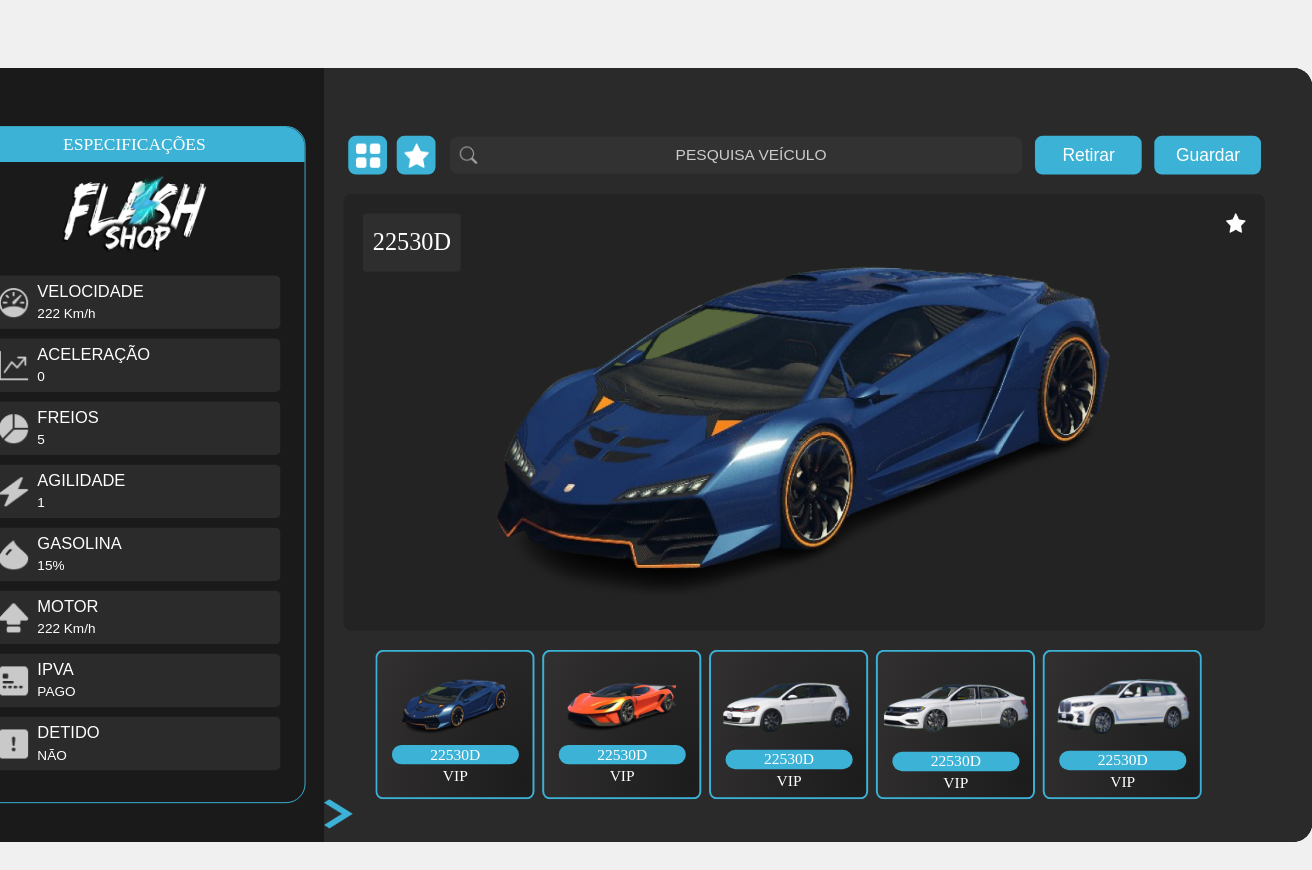
Repository: DuMCorrea/Garagem
Page: index.html
An editor plug-in stored every save of this project. The page is shown before and after the next save, followed by the edit.
The browser window is 1280 px wide. The page is 1353 px wide, so the pictures cover 1353 px, including what lies to the right of the window. The pictures show the whole page, at 97% of full size.
Some web fonts or font styles are not loaded; a fallback is used.

Above is the page before, as saved 2024-08-22 20:01:13.

### index.html
<!DOCTYPE html>
<html lang="pt-BR">
<head>
    <meta charset="UTF-8">
    <meta name="viewport" content="width=device-width, initial-scale=1.0">
    <link href="https://fonts.googleapis.com/css2?family=Baloo+Bhai&display=swap" rel="stylesheet">
    <title>Div Principal</title>
    <link rel="stylesheet" href="styles.css">
</head>
<body>
    <div class="div-principal">
        <div class="div-esquerda">
            <div class="retangulo-informacoes-3 duplicadoo">
                <img src="assets/FlashStore 2.png" alt="Imagem Mecânico" class="imagem-mecanico">
                <div class="titulo-retangulo">ESPECIFICAÇÕES</div>
                <div class="saldo-conteudo">
                    <div class="saldo-item">
                        <img src="assets/Velo.png" alt="Imagem de Carteira" class="saldo-imagem">
                        <div class="saldo-texto">
                            <p class="saldo-titulo">VELOCIDADE</p>
                            <p class="saldo-valor">222 Km/h</p>
                        </div>
                    </div>
                    <div class="saldo-item">
                        <img src="assets/Ace.png" alt="Imagem de Carteira" class="saldo-imagem">
                        <div class="saldo-texto">
                            <p class="saldo-titulo">ACELERAÇÃO</p>
                            <p class="saldo-valor">0</p>
                        </div>
                    </div>
                    <div class="saldo-item">
                        <img src="assets/Freios.png" alt="Imagem de Carteira" class="saldo-imagem">
                        <div class="saldo-texto">
                            <p class="saldo-titulo">FREIOS</p>
                            <p class="saldo-valor">5</p>
                        </div>
                    </div>
                    <div class="saldo-item">
                        <img src="assets/Agi.png" alt="Imagem de Carteira" class="saldo-imagem">
                        <div class="saldo-texto">
                            <p class="saldo-titulo">AGILIDADE</p>
                            <p class="saldo-valor">1</p>
                        </div>
                    </div>
                    <div class="saldo-item">
                        <img src="assets/Gaso.png" alt="Imagem de Carteira" class="saldo-imagem">
                        <div class="saldo-texto">
                            <p class="saldo-titulo">GASOLINA</p>
                            <p class="saldo-valor">15%</p>
                        </div>
                    </div>
                    <div class="saldo-item">
                        <img src="assets/Motor.png" alt="Imagem de Carteira" class="saldo-imagem">
                        <div class="saldo-texto">
                            <p class="saldo-titulo">MOTOR</p>
                            <p class="saldo-valor">222 Km/h</p>
                        </div>
                    </div>
                    <div class="saldo-item">
                        <img src="assets/Ipva.png" alt="Imagem de Carteira" class="saldo-imagem">
                        <div class="saldo-texto">
                            <p class="saldo-titulo">IPVA</p>
                            <p class="saldo-valor">PAGO</p>
                        </div>
                    </div>
                    <div class="saldo-item">
                        <img src="assets/Detido.png" alt="Imagem de Carteira" class="saldo-imagem">
                        <div class="saldo-texto">
                            <p class="saldo-titulo">DETIDO</p>
                            <p class="saldo-valor">NÃO</p>
                        </div>
                    </div>

                </div>
            </div>
        </div>


        <div class="div-direita">
            <div class="retangulo-fundo">
                <!-- Adicionando os quadrados e o input de pesquisa ao fundo -->
                <div class="container-quadrados">
                    <button class="botao-quadrado-azul">
                        <img src="assets/4Quadrados.png" alt="Ícone 1" class="pequena-imagem">
                    </button>
                    <button class="botao-quadrado-azul">
                        <img src="assets/estrela.png" alt="Ícone 2" class="pequena-imagem">
                    </button>
                    <div class="input-container">
                        <input type="text" class="input-pesquisa" placeholder="PESQUISA VEÍCULO">
                        <button class="botao-icone-pesquisa">
                            <img src="assets/lupa (2).png" alt="Ícone Pesquisa" class="icone-pesquisa">
                        </button>
                        <!-- Novos retângulos ao lado do input -->
                        <button class="botao-retangulo-azul">Retirar</button>
                        <button class="botao-retangulo-azul">Guardar</button>
                    </div>
                </div>

                <div class="codigo-overlay">22530D</div>
                <img src="assets/CarroMaior.png" alt="Imagem Central" class="imagem-central">
                <img src="assets/Estrela.png" alt="Ícone Superior Direito" class="imagem-direita">
            </div>

            <!-- Nova seção para os cards com fundo retangular azul claro -->
            <div class="fundo-cards">
                <img src="assets/menorMaior.png" alt="Seta Esquerda" class="seta-esquerda">
                <div class="cards-container">
                    <div class="card">
                        <img src="assets/carro1.png" alt="Card 1" class="card-image">
                        <div class="card-content">
                            <div class="card-code">22530D</div>
                            <div class="card-vip">VIP</div>
                        </div>
                    </div>
                    <div class="card">
                        <img src="assets/carro2.png" alt="Card 2" class="card-image">
                        <div class="card-content">
                            <div class="card-code">22530D</div>
                            <div class="card-vip">VIP</div>
                        </div>
                    </div>
                    <div class="card">
                        <img src="assets/carro3.png" alt="Card 3" class="card-image2">
                        <div class="card-content">
                            <div class="card-code">22530D</div>
                            <div class="card-vip">VIP</div>
                        </div>
                    </div>
                    <div class="card">
                        <img src="assets/carro4.png" alt="Card 4" class="card-image3">
                        <div class="card-content">
                            <div class="card-code">22530D</div>
                            <div class="card-vip">VIP</div>
                        </div>
                    </div>
                    <div class="card">
                        <img src="assets/carro5.png" alt="Card 5" class="card-image4">
                        <div class="card-content">
                            <div class="card-code">22530D</div>
                            <div class="card-vip">VIP</div>
                        </div>
                    </div>
                </div>
            </div>
            <img src="assets/maiorMenor.png" alt="Seta Direita" class="seta-direita">
        </div>







    </div>
</body>
</html>

### styles.css
body {
    display: flex;
    flex-direction: column;
    align-items: center;
    margin: 0;
    background-color: #f0f0f0;
    font-family: 'Baloo Bhai';
    overflow-y: auto;
    margin-top: 70px;
}

.div-principal {
    position: relative;
    display: flex;
    width: 1425px;
    height: 798px;
    border-radius: 20px;
    background-color: #010101;
    margin-bottom: 20px;
}

.div-esquerda {
    width: 27%; /* Ocupa 30% da largura da div-principal */
    background-color: #1A1A1A; /* Cor de fundo diferente para destaque */
    border-radius: 20px 0px 0px 20px; /* Canto arredondado na esquerda */
    padding: 20px;
}

.div-direita {
    width: 72%; /* Ocupa 70% da largura da div-principal */
    background-color: #2A2A2A; /* Cor de fundo diferente para destaque */
    border-radius: 0px 20px 20px 0px; /* Canto arredondado na direita */
    padding: 20px;
}

.retangulo-informacoes-3 {
    width: 320px;
    height: 232px;
    position: absolute;
    top: 580px;
    left: 462px;
    border-radius: 20px;
    border: 1px solid #3CB3D6;
    background-color: rgba(0, 0, 0, 0); /* Ajuste da opacidade de fundo */
    opacity: 1; /* Visibilidade ativada */
}
.duplicadoo {
    width: 350px;
    height: 696px;
    position: absolute;
    top: 60px;
    left: 35px;
    border-radius: 20px;
    border: 1px solid #3CB3D6;
    background-color: rgba(0, 0, 0, 0); /* Ajuste da opacidade de fundo */
    opacity: 1; /* Visibilidade ativada */
}

.titulo-retangulo {
    width: 100%; /* Ajusta a largura ao do retângulo */
    height: 36px;
    background: #3CB3D6; /* Cor de fundo */
    border-radius: 20px 20px 0 0; /* Arredonda apenas os cantos superiores */
    color: white; /* Cor do texto */
    font-size: 18px; /* Tamanho do texto */
    line-height: 36px; /* Centraliza verticalmente o texto */
    text-align: center; /* Centraliza horizontalmente o texto */
    position: absolute;
    top: 0; /* Alinha o título ao topo do retângulo */
    left: 0; /* Alinha o título à esquerda do retângulo */
}

.status-rectangle {
    width: 300px;
    height: 35px;
    position: absolute;
    top: 130px;
    left: 16px;
    display: flex;
    align-items: center;
    justify-content: space-between; /* Ajuste para espaçar os textos */
    padding: 0 10px; /* Adicione um pequeno padding para afastar o texto das bordas */
    border-radius: 5px;
    opacity: 1; /* Tornar o retângulo visível */
    background: #37373796;
  }
  .status-text {
    font-size: 14px;
    color: #fff;
    font-family: 'Baloo Bhai', sans-serif;
  }

  .imagem-mecanico {
    display: block;
    margin: 0 auto; /* Centraliza a imagem horizontalmente */
    width: 50%; /* Ajuste a largura da imagem conforme necessário */
    height: 25%; /* Ajuste a altura da imagem conforme necessário */
    position: absolute;
    top: 0px; /* Ajuste a posição vertical da imagem */
    left: 50%;
    transform: translateX(-50%); /* Centraliza a imagem em relação ao retângulo */
}








.saldo-imagem {
    width: 30px;
    height: 30px;
    margin-right: 10px; /* Espaçamento entre a imagem e o texto */
}
.saldo-conteudo {
    display: flex;
    flex-direction: column;
    align-items: center;
    justify-content: center;
    height: 100%;
    padding: 10px;
    gap: 10px; /* Espaçamento entre os retângulos */
    margin-top: 50px;
}

.saldo-item {
    display: flex;
    align-items: center;
    width: 280px;
    height: 35px;
    border-radius: 5px;
    background: #37373796;
    padding: 10px;
}

.saldo-texto {
    display: flex;
    flex-direction: column;
    gap: 2px; /* Espaçamento reduzido entre o título e o valor */
    font-family: 'Baloo Bhai', sans-serif;


}

.saldo-titulo {
    font-family: 'Baloo Bhai', sans-serif;
    font-size: 17px;
    font-weight: 400;
    line-height: 20px; /* Ajuste na altura da linha para deixar os textos mais próximos */
    text-align: left;
    color: white;
    margin: 0;
}
.saldo-valor {
    font-family: 'Baloo Bhai', sans-serif;
    font-size: 14px;
    font-weight: 400;
    line-height: 20px; /* Ajuste na altura da linha para deixar os textos mais próximos */
    text-align: left;
    color: white;
    margin: 0;
}



/* DIV DA DIREITA */

/* Estilo para o contêiner dos quadrados e do input de pesquisa */
.container-quadrados {
    position: absolute;
    top: -60px; /* Ajuste para posicionar os quadrados acima do fundo */
    left: 5px; /* Ajuste para mover os quadrados mais para a esquerda */
    display: flex;
    gap: 10px; /* Espaçamento entre os quadrados e o input */
}

.botao-quadrado-azul {
    width: 40px; /* Tamanho do quadrado */
    height: 40px; /* Tamanho do quadrado */
    background-color: #3CB3D6; /* Cor de fundo azul claro */
    display: flex;
    justify-content: center;
    align-items: center;
    border: none; /* Remove a borda padrão */
    border-radius: 8px; /* Bordas arredondadas */
    cursor: pointer; /* Indica que o elemento é clicável */
    padding: 0; /* Remove o padding padrão do botão */
    margin: 0; /* Remove a margem padrão do botão */
}

.pequena-imagem {
    width: 25px; /* Tamanho da imagem */
    height: 25px;
}

/* Estilo para o contêiner do input e ícone */
.input-container {
    position: relative; /* Define o contexto para o ícone */
    margin-left: 5px; /* Espaçamento entre os quadrados e o input */
}

/* Estilo para o input de pesquisa */
.input-pesquisa {
    padding: 10px 10px 10px 40px; /* Espaçamento interno, espaço adicional à esquerda para o ícone */
    width: 540px; /* Largura do input */
    background: rgba(62, 62, 62, 0.42); /* Cor de fundo com opacidade */
    border: none; /* Remove a borda padrão */
    border-radius: 8px; /* Bordas arredondadas */
    color: #fff; /* Cor do texto */
    font-size: 16px; /* Tamanho da fonte */
    text-align: center; /* Centraliza o texto do placeholder */
}

.input-pesquisa::placeholder {
    color: #ccc; /* Cor do placeholder */
}

/* Estilo para o botão da lupa */
.botao-icone-pesquisa {
    position: absolute; /* Alinha o botão com o input */
    left: 10px; /* Alinha o ícone à esquerda dentro do input */
    top: 50%; /* Alinha verticalmente o ícone no centro */
    transform: translateY(-50%); /* Corrige o alinhamento vertical */
    width: 18px; /* Tamanho do botão */
    height: 18px; /* Tamanho do botão */
    background: transparent; /* Remove o fundo do botão */
    border: none; /* Remove a borda padrão do botão */
    cursor: pointer; /* Indica que o botão é clicável */
    padding: 0; /* Remove o padding padrão do botão */
    display: flex; /* Centraliza o ícone dentro do botão */
    justify-content: center;
    align-items: center;
}
/* Estilo para o ícone dentro do botão */
.botao-icone-pesquisa img {
    width: 18px; /* Tamanho do ícone */
    height: 18px; /* Tamanho do ícone */
}

/* Outros estilos existentes */
.retangulo-fundo {
    width: 950px;
    height: 450px;
    background: rgba(29, 28, 28, 0.48); /* Cor com opacidade */
    border-radius: 8px;
    display: flex;
    justify-content: center;
    align-items: center;
    margin-top: 110px;
    position: relative; /* Define a posição relativa para o fundo */
}

.imagem-central {
    width: 650px;
    height: 378.6px;
}

.codigo-overlay {
    position: absolute;
    top: 20px; /* Ajusta a posição para o canto superior */
    left: 20px; /* Ajusta a posição para o canto esquerdo */
    padding: 5px 10px;
    background: rgba(62, 62, 62, 0.42); /* Cor com opacidade */
    border-radius: 4px;
    color: #fff;
    font-size: 25px;
    line-height: 50px;
}

.imagem-direita {
    position: absolute;
    top: 20px; /* Posição no canto superior */
    right: 20px; /* Posição no canto direito */
    width: 20px; /* Ajuste o tamanho conforme necessário */
    height: 20px; /* Ajuste o tamanho conforme necessário */
}

.botao-quadrado-azul img {
    width: 25px; /* Tamanho da imagem */
    height: 25px;
}
/* Estilo para os botões dos retângulos */
.botao-retangulo-azul {
    width: 110px; /* Largura dos retângulos */
    height: 40px; /* Altura dos retângulos */
    background-color: #3CB3D6; /* Cor de fundo azul claro */
    display: flex;
    justify-content: center;
    align-items: center;
    border: none; /* Remove a borda padrão */
    border-radius: 8px; /* Bordas arredondadas */
    color: #fff; /* Cor do texto */
    font-size: 18px; /* Tamanho da fonte */
    cursor: pointer; /* Indica que o elemento é clicável */
    margin-left: 12px; /* Espaçamento entre o input e os retângulos */
    padding: 0; /* Remove o padding padrão do botão */
}

/* Estilo para o contêiner do input e ícone, ajustando o espaço para os retângulos */
/* Ajusta o contêiner do input e ícone para incluir os botões */
.input-container {
    position: relative; /* Define o contexto para o ícone e botões */
    margin-left: 5px; /* Espaçamento entre os quadrados e o input */
    display: flex; /* Organiza os itens horizontalmente */
    align-items: center; /* Alinha verticalmente os itens */
    gap: 1px; /* Espaçamento entre os itens */
}




/* Estilo para o código do card com fundo retangular azul */
.card-code {
    font-size: 16px; /* Tamanho da fonte ajustado */
    margin-bottom: 3px; /* Espaçamento abaixo do código */
    margin-top: 7px;
    background: #3CB3D6; /* Cor de fundo azul */
    color: #fff; /* Cor do texto branca para contraste */
    padding: 1px 40px; /* Espaçamento interno */
    border-radius: 10px; /* Bordas arredondadas */
    display: inline-block; /* Garante que o fundo azul se ajuste ao texto */
}

/* Estilo para a nova seção de cards */
.cards-container {
    display: flex; /* Organiza os cards horizontalmente */
    justify-content: flex-start; /* Alinha os cards no início da linha */
    flex-wrap: nowrap; /* Não permite quebra de linha, todos os cards na mesma linha */
    gap: 8px; /* Espaçamento entre os cards */
    margin-top: 20px; /* Espaçamento acima dos cards */
    margin-left: -100px; /* Espaçamento à esquerda da div para mover os cards mais para a direita */
    overflow-x: auto; /* Permite rolagem horizontal se os cards não cabem na tela */
}

/* Estilo para cada card */
.card {
    width: 160px; /* Largura aumentada do card */
    height: 150px; /* Altura aumentada do card */
    background: radial-gradient(547.21% 823.76% at 94.51% 88.04%, #1D1C1C 0%, #837E7E 100%); /* Cor de fundo do card */
    border: 2px solid #3CB3D6; /* Borda do card */
    border-radius: 8px; /* Bordas arredondadas */
    display: flex; /* Organiza o conteúdo verticalmente */
    flex-direction: column; /* Organiza os itens na vertical */
    align-items: center; /* Alinha o conteúdo horizontalmente no centro */
    justify-content: center; /* Alinha o conteúdo verticalmente no centro */
    overflow: hidden; /* Esconde qualquer parte do conteúdo que exceda os limites do card */
}

/* Estilo para a imagem do card */
.card-image {
    width: 70%; /* Largura da imagem */
    height: 40%; /* Altura da imagem reduzida */
    object-fit: cover; /* Cobre o espaço do card mantendo a proporção da imagem */
    margin-top: 15px;
}
.card-image2 {
    width: 120%; /* Largura da imagem */
    height: 80%; /* Altura da imagem reduzida */
    object-fit: cover; /* Cobre o espaço do card mantendo a proporção da imagem */
    margin-bottom: -20px;
    margin-top: -14px;
}
.card-image3 {
    width: 110%; /* Largura da imagem */
    height: 80%; /* Altura da imagem reduzida */
    object-fit: cover; /* Cobre o espaço do card mantendo a proporção da imagem */
    margin-bottom: -18px;
    margin-top: -12px;
}
.card-image4 {
    width: 100%; /* Largura da imagem */
    height: 70%; /* Altura da imagem reduzida */
    object-fit: cover; /* Cobre o espaço do card mantendo a proporção da imagem */
    margin-top: 0px;
    margin-bottom: -17px;
}

/* Estilo para o conteúdo do card */
.card-content {
    width: 100%; /* Largura do conteúdo */
    text-align: center; /* Centraliza o texto */
    color: #fff; /* Cor do texto */
    padding: 5px 0; /* Espaçamento interno */
}

/* Estilo para o código do card */
.card-code {
    font-size: 16px; /* Tamanho da fonte ajustado */
    margin-bottom: 3px; /* Espaçamento abaixo do código */
}



/* Estilo para a seta esquerda */
.seta-esquerda {
    width: 30px; /* Ajuste o tamanho conforme necessário */
    height: 30px;
    cursor: pointer; /* Indica que a seta é clicável */
    align-self: center; /* Centraliza verticalmente a seta em relação aos cards */
    margin-right: 10px; /* Espaçamento entre a seta e o primeiro card */
}

/* Estilo para a seta direita */
.seta-direita {
    width: 30px; /* Ajuste o tamanho conforme necessário */
    height: 30px;
    cursor: pointer; /* Indica que a seta é clicável */
    align-self: center; /* Centraliza verticalmente a seta em relação aos cards */
    margin-left: -20px; /* Espaçamento entre a seta e o último card */
}
/* Estilo para a nova seção de cards */
.fundo-cards {
    display: flex; /* Organiza as setas e os cards na horizontal */
    align-items: center; /* Alinha os itens verticalmente ao centro */
    justify-content: center; /* Centraliza o conteúdo */
}

After the next save:
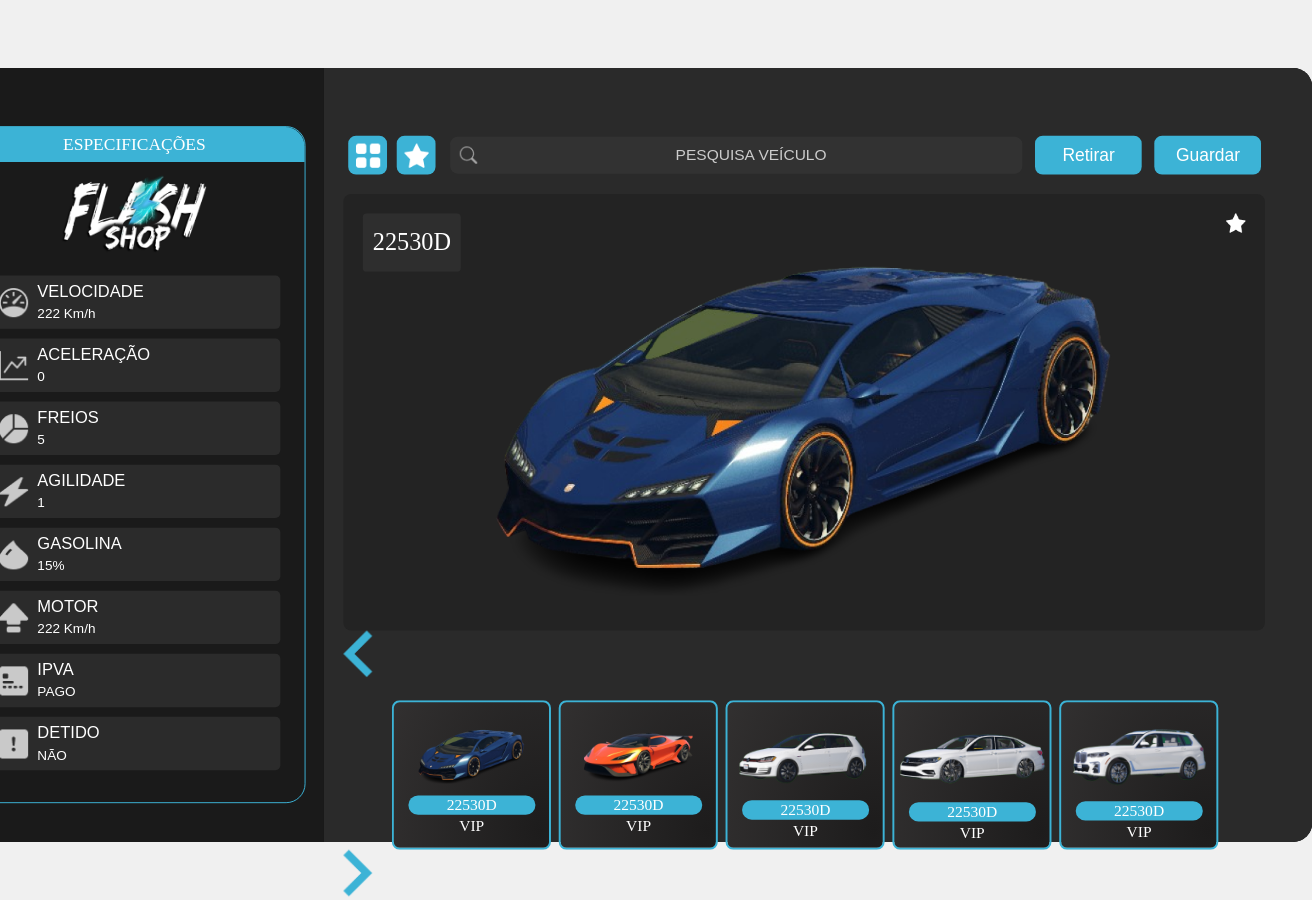
Saved 52 s later.
--- a/styles.css
+++ b/styles.css
@@ -329,7 +329,7 @@
     flex-wrap: nowrap; /* Não permite quebra de linha, todos os cards na mesma linha */
     gap: 8px; /* Espaçamento entre os cards */
     margin-top: 20px; /* Espaçamento acima dos cards */
-    margin-left: -100px; /* Espaçamento à esquerda da div para mover os cards mais para a direita */
+    margin-left: 50px; /* Espaçamento à esquerda da div para mover os cards mais para a direita */
     overflow-x: auto; /* Permite rolagem horizontal se os cards não cabem na tela */
 }
 
@@ -389,29 +389,3 @@
     font-size: 16px; /* Tamanho da fonte ajustado */
     margin-bottom: 3px; /* Espaçamento abaixo do código */
 }
-
-
-
-/* Estilo para a seta esquerda */
-.seta-esquerda {
-    width: 30px; /* Ajuste o tamanho conforme necessário */
-    height: 30px;
-    cursor: pointer; /* Indica que a seta é clicável */
-    align-self: center; /* Centraliza verticalmente a seta em relação aos cards */
-    margin-right: 10px; /* Espaçamento entre a seta e o primeiro card */
-}
-
-/* Estilo para a seta direita */
-.seta-direita {
-    width: 30px; /* Ajuste o tamanho conforme necessário */
-    height: 30px;
-    cursor: pointer; /* Indica que a seta é clicável */
-    align-self: center; /* Centraliza verticalmente a seta em relação aos cards */
-    margin-left: -20px; /* Espaçamento entre a seta e o último card */
-}
-/* Estilo para a nova seção de cards */
-.fundo-cards {
-    display: flex; /* Organiza as setas e os cards na horizontal */
-    align-items: center; /* Alinha os itens verticalmente ao centro */
-    justify-content: center; /* Centraliza o conteúdo */
-}
